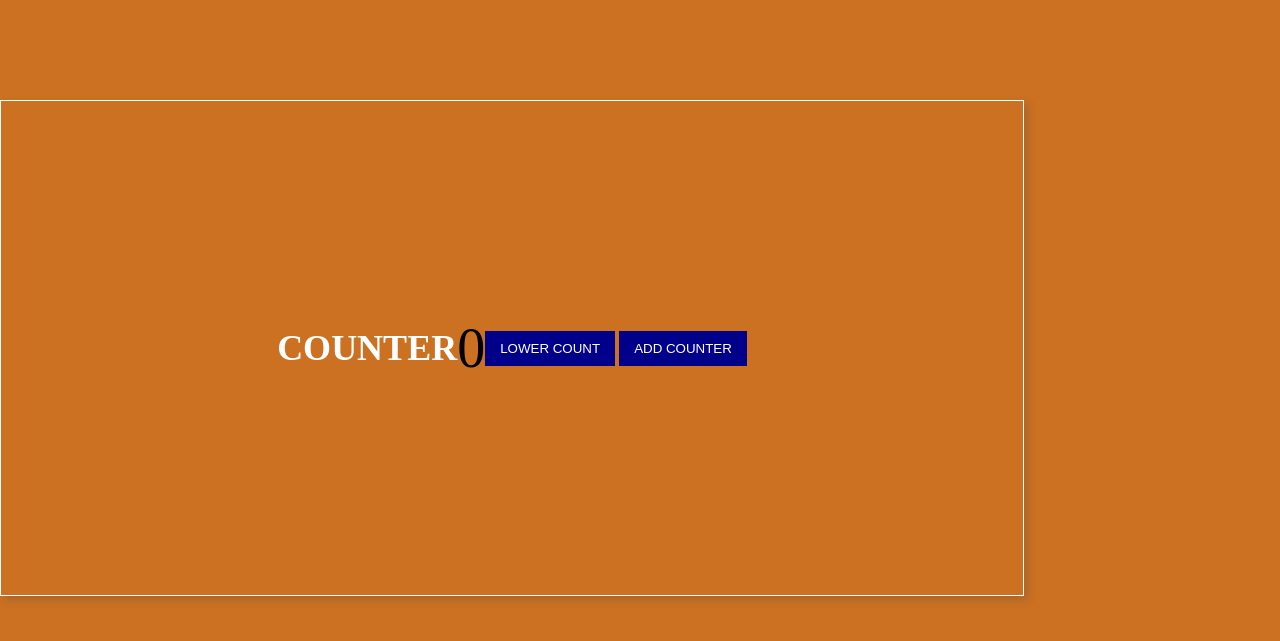
Repository: lusine-tech/counter
Page: index.html
These files come from the project's save history. The page is drawn as it stood at one moment and after the next save; the edit follows.
The browser window is 1280 px wide. The pictures show the whole page.

Above is the page before, as saved 2022-02-14 17:05:44.

After the next save:
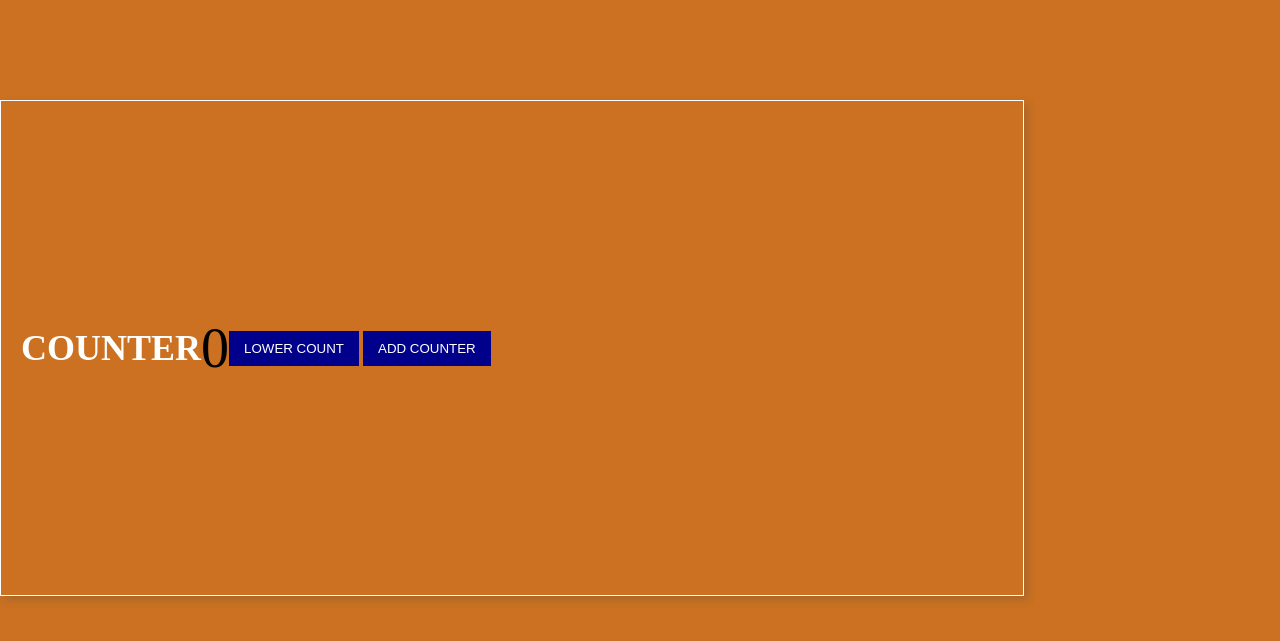
Saved 14 s later.
--- a/style.css
+++ b/style.css
@@ -14,7 +14,7 @@
 
 .block {
     display: flex;
-    justify-content: center;
+
     align-items: center;
     height: 80%;
     width: 80%;

After the save that followed:
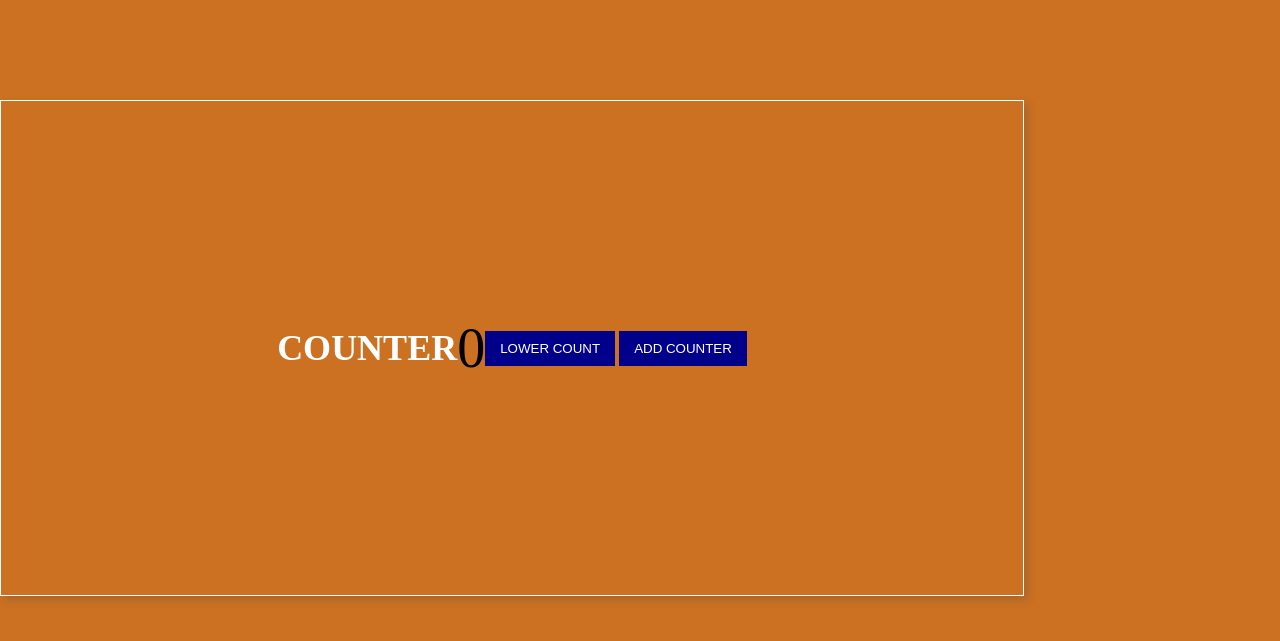
Saved 8 s later.
--- a/style.css
+++ b/style.css
@@ -14,7 +14,7 @@
 
 .block {
     display: flex;
-
+    justify-content: center;
     align-items: center;
     height: 80%;
     width: 80%;
